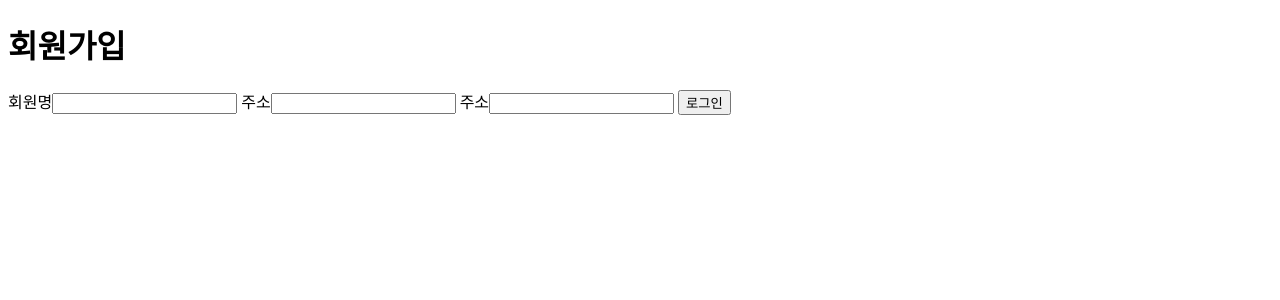
Repository: ssookkdduugg/jsp
Page: http://localhost/Hello/memReg.jsp
These files come from the project's save history. The page is drawn as it stood at one moment and after the next save; the edit follows.
The browser window is 1280 px wide. The pictures show the whole page.
The page is served by Tomcat 9. Other server files are loaded and not shown.

Above is the page before, as saved 2023-09-19 05:14:54.

### Hello/src/main/webapp/memReg.jsp
<%@ page language="java" contentType="text/html; charset=UTF-8"
    pageEncoding="UTF-8"%>
<!DOCTYPE html>
<html>
<head>
<meta charset="UTF-8">
<title>Insert title here</title>
</head>
<body>
	<h1>회원가입</h1>
	<form action="./login2" method="post">
	<tr><th>회원명</th><td><input type="text" name="id"></td></tr>
	<tr><th>주소</th><td><input type="text" name="addr"></td></tr>
	<tr><th>주소</th><td><input type="text" name="num"></td></tr>
	<tr><td></td><td><input type="submit" value="로그인"></td></tr>
</table>
</form>
</body>
</html>

After the next save:
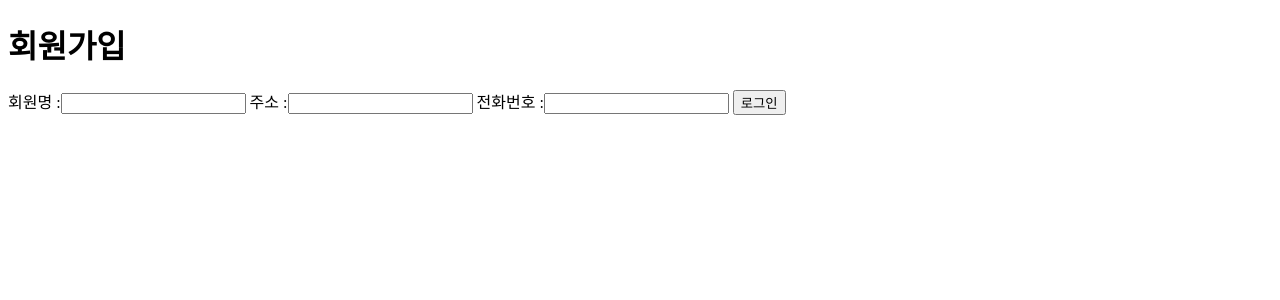
Saved 14 s later.
--- a/Hello/src/main/webapp/memReg.jsp
+++ b/Hello/src/main/webapp/memReg.jsp
@@ -9,9 +9,9 @@
 <body>
 	<h1>회원가입</h1>
 	<form action="./login2" method="post">
-	<tr><th>회원명</th><td><input type="text" name="id"></td></tr>
-	<tr><th>주소</th><td><input type="text" name="addr"></td></tr>
-	<tr><th>주소</th><td><input type="text" name="num"></td></tr>
+	<tr><th>회원명 :</th><td><input type="text" name="id"></td></tr>
+	<tr><th>주소 :</th><td><input type="text" name="addr"></td></tr>
+	<tr><th>전화번호 :</th><td><input type="text" name="num"></td></tr>
 	<tr><td></td><td><input type="submit" value="로그인"></td></tr>
 </table>
 </form>
